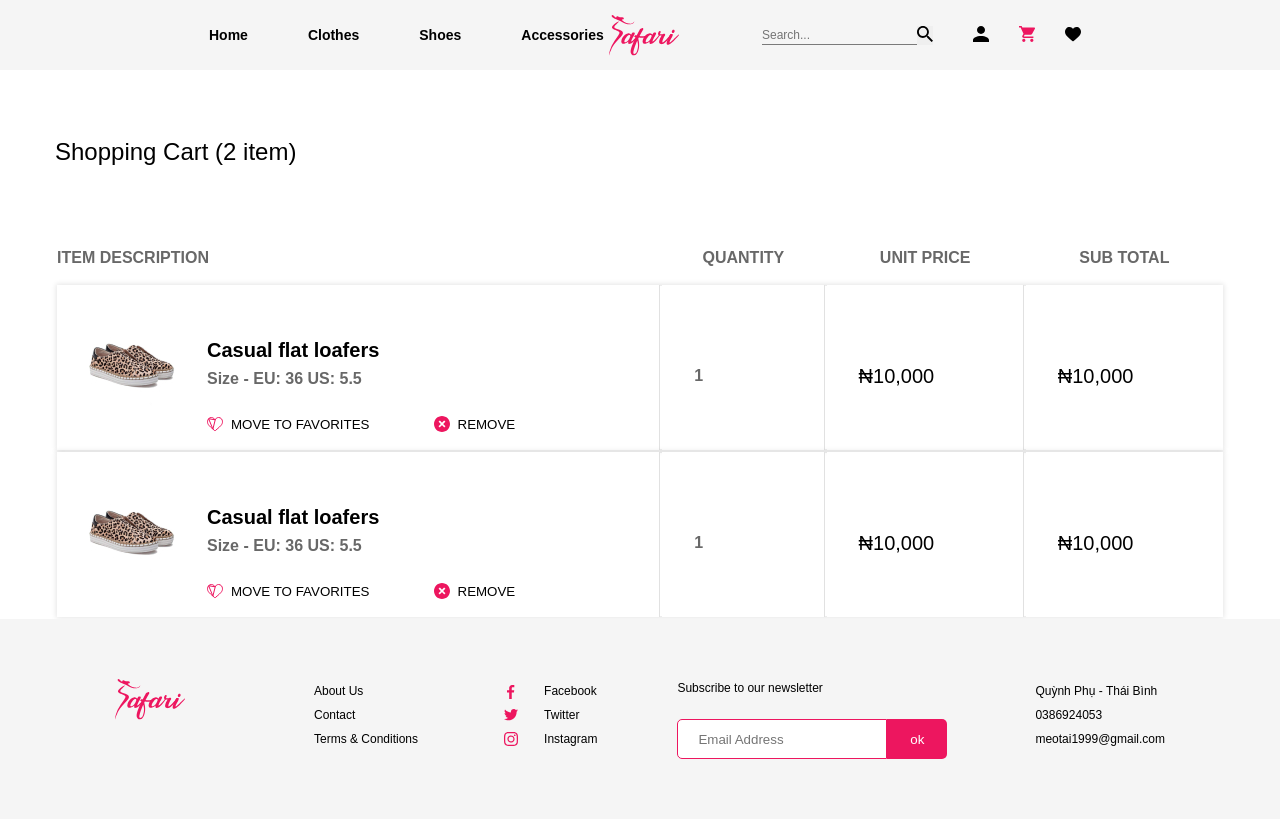
Repository: tboy1999/safari
Page: views/cart.html
These files come from the project's save history. The page is drawn as it stood at one moment and after the next save; the edit follows.
The browser window is 1280 px wide. The pictures show the whole page.
Some web libraries are served in a nearby version. The style sheet was rebuilt from its Sass, Less or Tailwind sources for each picture, by a compiler version that may differ from the author's.

Above is the page before, as saved 2022-04-28 14:07:21.

### views/cart.html
<!DOCTYPE html>
<html lang="en">
<head>
  <meta charset="UTF-8">
  <meta http-equiv="X-UA-Compatible" content="IE=edge">
  <meta name="viewport" content="width=device-width, initial-scale=1.0">
  <title>cart safari</title>
  <link rel="shortcut icon" href="./image/logo/Logo.svg" type="image/x-icon">
  <link rel="preconnect" href="https://fonts.googleapis.com">
  <link rel="preconnect" href="https://fonts.gstatic.com" crossorigin>
  <link rel="stylesheet" href="https://cdnjs.cloudflare.com/ajax/libs/font-awesome/6.1.1/css/all.min.css" integrity="sha512-KfkfwYDsLkIlwQp6LFnl8zNdLGxu9YAA1QvwINks4PhcElQSvqcyVLLD9aMhXd13uQjoXtEKNosOWaZqXgel0g==" crossorigin="anonymous" referrerpolicy="no-referrer" />
  <link rel="stylesheet" href="../css/grid.css">
  <link rel="stylesheet" href="../css/cart.css">
</head>
<body>
  <header id="header" class="header">
    <div class="container">
      <div class="header__container facenter">
        <ul class="header__list facenter fz14-fw600">
          <li class="header__item"><a href="../index.html" class="header__link">Home</a></li>
          <li class="header__item"><a href="./clothes.html" class="header__link">Clothes</a></li>
          <li class="header__item"><a href="./shoes.html" class="header__link">Shoes</a></li>
          <li class="header__item"><a href="./accessories.html" class="header__link">Accessories</a></li>
        </ul>
        <form class="header__search facenter">
          <input type="text" placeholder="Search..." class="fz12">
          <button type="submit"><img src="../image/header/search.svg" alt=""></button>
        </form>
        <div class="header__feature facenter">
          <a href="./user.html">
            <svg width="16" height="16" viewBox="0 0 16 16" fill="inherit" xmlns="http://www.w3.org/2000/svg">
            <path d="M8 0C9.06087 0 10.0783 0.421427 10.8284 1.17157C11.5786 1.92172 12 2.93913 12 4C12 5.06087 11.5786 6.07828 10.8284 6.82843C10.0783 7.57857 9.06087 8 8 8C6.93913 8 5.92172 7.57857 5.17157 6.82843C4.42143 6.07828 4 5.06087 4 4C4 2.93913 4.42143 1.92172 5.17157 1.17157C5.92172 0.421427 6.93913 0 8 0ZM8 10C12.42 10 16 11.79 16 14V16H0V14C0 11.79 3.58 10 8 10Z"/>
            </svg>
          </a>
          <a href="#" class="header__feature--active">
            <svg width="16" height="16" viewBox="0 0 16 16" fill="inherit" xmlns="http://www.w3.org/2000/svg">
              <path d="M12.8 12.8C11.912 12.8 11.2 13.512 11.2 14.4C11.2 14.8243 11.3686 15.2313 11.6686 15.5314C11.9687 15.8314 12.3757 16 12.8 16C13.2243 16 13.6313 15.8314 13.9314 15.5314C14.2314 15.2313 14.4 14.8243 14.4 14.4C14.4 13.9757 14.2314 13.5687 13.9314 13.2686C13.6313 12.9686 13.2243 12.8 12.8 12.8ZM0 0V1.6H1.6L4.48 7.672L3.392 9.632C3.272 9.856 3.2 10.12 3.2 10.4C3.2 10.8243 3.36857 11.2313 3.66863 11.5314C3.96869 11.8314 4.37565 12 4.8 12H14.4V10.4H5.136C5.08296 10.4 5.03209 10.3789 4.99458 10.3414C4.95707 10.3039 4.936 10.253 4.936 10.2C4.936 10.16 4.944 10.128 4.96 10.104L5.68 8.8H11.64C12.24 8.8 12.768 8.464 13.04 7.976L15.904 2.8C15.96 2.672 16 2.536 16 2.4C16 2.18783 15.9157 1.98434 15.7657 1.83431C15.6157 1.68429 15.4122 1.6 15.2 1.6H3.368L2.616 0H0ZM4.8 12.8C3.912 12.8 3.2 13.512 3.2 14.4C3.2 14.8243 3.36857 15.2313 3.66863 15.5314C3.96869 15.8314 4.37565 16 4.8 16C5.22435 16 5.63131 15.8314 5.93137 15.5314C6.23143 15.2313 6.4 14.8243 6.4 14.4C6.4 13.9757 6.23143 13.5687 5.93137 13.2686C5.63131 12.9686 5.22435 12.8 4.8 12.8Z"/>
            </svg>
          </a>
          <a href="#">
            <svg width="16" height="15" viewBox="0 0 16 15" fill="inherit"
            xmlns="http://www.w3.org/2000/svg">
              <path d="M14.7307 1.39307C13.9025 0.494751 12.766 0 11.5304 0C10.6068 0 9.76099 0.291992 9.01636 0.867798C8.64062 1.15845 8.30017 1.51404 8 1.92908C7.69995 1.51416 7.35938 1.15845 6.98352 0.867798C6.23901 0.291992 5.39319 0 4.4696 0C3.23401 0 2.09741 0.494751 1.26917 1.39307C0.450806 2.28088 0 3.49377 0 4.80847C0 6.16162 0.504272 7.40027 1.58691 8.70667C2.55542 9.87524 3.94739 11.0615 5.55933 12.4352C6.10974 12.9043 6.73364 13.436 7.38147 14.0024C7.55261 14.1523 7.77222 14.2349 8 14.2349C8.22766 14.2349 8.44739 14.1523 8.61829 14.0027C9.26611 13.4362 9.89038 12.9042 10.441 12.4348C12.0527 11.0614 13.4447 9.87524 14.4132 8.70654C15.4958 7.40027 16 6.16162 16 4.80835C16 3.49377 15.5492 2.28088 14.7307 1.39307Z"/>
            </svg>
          </a>
        </div>
        <div class="header__logo">
          <a href="../index.html"><img src="../image/logo/Logo.svg" alt=""></a>
        </div>
      </div>
    </div>
  </header>

  <main id="cart" class="cart">
    <div class="container">
      <h1 class="cart__heading fz24">Shopping Cart (2 item)</h1>
      <table>
        <thead class="fz16">
          <tr>
            <th>ITEM DESCRIPTION</th>
            <th>QUANTITY</th>
            <th>UNIT PRICE</th>
            <th>SUB TOTAL</th>
          </tr>
        </thead>
        <tbody>
          <tr>
            <td>
              <div class="cart__product facenter gap32">
                <img src="../image/cart/cart1.jpg" alt="" class="cart__img">
                <div class="cart__info">
                  <h3 class="fz20-fw600">Casual flat loafers</h3>
                  <p class="fz16">Size - EU: 36 US: 5.5</p>
                </div>
              </div>
              <div class="cart__btn facenter gap64">
                <button class="facenter gap8"><img src="../image/cart/heart-cart.svg" alt="">MOVE TO FAVORITES</button>
                <button class="facenter gap8"><img src="../image/cart/remove-cart.svg" alt="">REMOVE</button>
              </div>
            </td>
            <td class="fz16">1</td>
            <td class="fz20">₦10,000</td>
            <td class="fz20">₦10,000</td>
          </tr>
          <tr>
            <td>
              <div class="cart__product facenter gap32">
                <img src="../image/cart/cart1.jpg" alt="" class="cart__img">
                <div class="cart__info">
                  <h3 class="fz20-fw600">Casual flat loafers</h3>
                  <p class="fz16">Size - EU: 36 US: 5.5</p>
                </div>
              </div>
              <div class="cart__btn facenter gap64">
                <button class="facenter gap8"><img src="../image/cart/heart-cart.svg" alt="">MOVE TO FAVORITES</button>
                <button class="facenter gap8"><img src="../image/cart/remove-cart.svg" alt="">REMOVE</button>
              </div>
            </td>
            <td class="fz16">1</td>
            <td class="fz20">₦10,000</td>
            <td class="fz20">₦10,000</td>
          </tr>
        </tbody>
      </table>
    </div>
  </main>
  <footer class="footer">
    <div class="container">
      <div class="footer__container d-flex fz12">
        <div class="footer__logo">
          <a href="../index.html"><img src="../image/logo/Logo.svg" alt=""></a>
        </div>
        <div class="footer__body d-flex gap80">
          <ul class="footer__pages">
            <li class="footer__item fz12"><a href="#">About Us</a></li>
            <li class="footer__item fz12"><a href="#">Contact</a></li>
            <li class="footer__item fz12"><a href="#">Terms & Conditions</a></li>
          </ul>
          <ul class="footer__networks">
            <li class="footer__item facenter gap20">
              <div class="footer__icon flex-center">
                <a href="#" class="facenter"><img src="../image/footer/fb.svg" alt=""></a>
              </div>
              <p><a href="#">Facebook</a></p>
            </li>
            <li class="footer__item facenter gap20">
              <div class="footer__icon flex-center">
                <a href="#" class="facenter"><img src="../image/footer/twitter.svg" alt=""></a>
              </div>
              <p><a href="#">Twitter</a></p>
            </li>
            <li class="footer__item facenter gap20">
              <div class="footer__icon flex-center">
                <a href="#" class="facenter"><img src="../image/footer/instagram.svg" alt=""></a>
              </div>
              <p><a href="#">Instagram</a></p>
            </li>
          </ul>
          <div class="footer__input">
            <p>Subscribe to our newsletter</p>
            <form action="" class="facenter footer__form">
              <input type="text" placeholder="Email Address">
              <button type="submit">ok</button>
            </form>
          </div>
        </div>
        <div class="footer__info">
          <p>Quỳnh Phụ - Thái Bình</p>
          <p>0386924053</p>
          <p>meotai1999@gmail.com</p>
        </div>
      </div>
    </div>
  </footer>
</body>
</html>

### scss/cart.scss
@import 'reset';
@import 'variable';
@import 'global';
@import 'alike';
@import 'header';
@import 'footer';

.cart {
  margin-top: 134px;
  &__heading {
    margin-bottom: 78px;
  }
  table {
    width: 100%;
    thead {
      th {
        padding-bottom: 16px;
      }
      th:first-child {
        width: 52%;
        text-align: left;
      }
      th:nth-child(2) {
        width: 14%
      }
      th:nth-child(3),
      th:nth-child(4) {
        width: 17%
      }
    }
    tbody {
      tr {
        background: #FFFFFF;
        box-shadow: 0px 0px 5px 1px rgba(0, 0, 0, 0.1);
      }
      td {
    border-spacing:32px;

        padding: 35px 0 18px 32px
      }
      td:not(:last-child) {
        border-right: 1.5px solid #E1E1E1;
      }
    }
  }
  &__img {
    width: 86px;
    height: 86px;
    object-fit: cover;
  }
  &__info {
    h3 {
      margin-bottom: 8px;
    }
  }
  &__product {
    margin-bottom: 10px;
  }
  &__btn {
    padding-left: calc(150px - 32px);
    button {
      background-color: transparent
    }
  }
}

### scss/_reset.scss
* {
  padding: 0;
  margin: 0;
  box-sizing: border-box;
}

html:focus-within {
  scroll-behavior: smooth;
}

a,
button {
  display: block;
  outline: none;
  border: none;
  text-decoration: none;
  color: inherit;
  cursor: pointer;
}

input {
  outline: none;
}

ul {
  list-style-type: none;
}

// img {
//   width: 100%;
//   height: 100%;
//   object-fit: cover;
// }

### scss/_variable.scss
$text-color: #686868;
$primary-color: #ED165F;

$header-background-color: #F5F5F5;
$footer-background-color: #F5F5F5;

### scss/_global.scss
html {
  font-size: 10px;
  line-height: 1;
  scroll-behavior: smooth !important;
}

body {
  font-family: 'Mulish', sans-serif;
}

body .auto-top {
  display: none;
  position: fixed;
  right: 50px;
  top: 50%;
  width: 60px;
  height: 50px;
  border: 1px solid #000000;
  border-radius: 5px;
  animation: autoTop 2s ease-in-out;
  animation-iteration-count: infinite;
}
@keyframes autoTop {
  from {
    transform: translateY(0)
  }
  to {
    transform: translateY(-20px)
  }
}

.facenter {
  display: flex;
  align-items: center;
}

.facb {
  display:flex;
  justify-content: space-between;
  align-items: center;
}

.flex-center {
  display: flex;
  justify-content: center;
  align-items: center;
}

.d-flex {
  display: flex;
  flex-wrap: wrap;
}

.flex-column {
  display: flex;
  flex-direction: column;
}

.gap64 {
  gap: 64px
}

.gap80 {
  gap: 0 80px
}

.gap32 {
  gap: 32px
}

.gap20 {
  gap: 0 20px
}

.gap16 {
  gap: 16px
}
.gap8 {
  gap: 8px
}

### scss/_alike.scss
.fz40 {
  font-weight: 700;
  font-size: 4rem;
  line-height: calc(24/40);
}

.fz30 {
  font-weight: 600;
  font-size: 30px;
}


.fz24 {
  font-weight: 400;
  font-size: 2.4rem;
  line-height: calc(35/24);
}

.fz20 {
  font-weight: 400;
  font-size: 2rem;
  line-height: calc(23/20);
  &-fw800 {
    font-weight: 800;
    font-size: 2rem;
    line-height: calc(23/20);
  }
  &-fw600 {
    font-weight: 600;
    font-size: 2rem;
    line-height: calc(23/20);
  }
}

.fz18 {
  font-weight: 800;
  font-size: 1.8rem;
  line-height: calc(24/18);
}

.fz16 {
  font-weight: 600;
  font-size: 1.6rem;
  line-height: calc(18/16);
  color: $text-color;
}

.fz14 {
  font-weight: 400;
  font-size: 1.4rem;
  line-height: calc(18/14);
  &-fw600 {
    font-weight: 600;
    font-size: 1.4rem;
    line-height: calc(18/14);
  }
}

.fz12 {
  font-weight: 400;
  font-size: 1.2rem;
  line-height: calc(18/12);
}

.fz10 {
  font-weight: 700;
  font-size: 1rem;
  line-height: calc(18/10);
}

### scss/_header.scss
.header {
  position: fixed;
  top: 0;
  left: 0;
  right: 0;
  z-index: 99999;
  background-color: $header-background-color;
  &__container {
    height: 70px;
    padding: 0 144px;
  }
  &__list {
    gap: 0 40px;
    flex: 1
  }
  &__search {
    input {
      border:none;
      border-bottom: 1px solid rgba(0, 0, 0, 0.5);
      color: rgba(0, 0, 0, 0.5);
      background-color: inherit;
    }
  }
  &__link {
    padding: 6px 10px;
    transition: all 0.2s linear;
    position: relative;
    &::after {
      content: "";
      position: absolute;
      width: 0;
      left: auto;
      right: 0;
      bottom: 0;
      height: 1px;
      transition: all 0.2s linear;
      background-color: red;
    }
    &:hover {
      color: $primary-color;
      &::after {
        width: 100%;
        right: auto;
        left: 0
      }
    }
    &.header__item--active {
      color: $primary-color;
      font-weight: 800;
      &::after {
        width: 100%;
      }
    }
  }
  &__feature {
    gap: 0 30px;
    margin-left: 40px;
    .header__feature--active {
      fill: $primary-color;
    }
  }
  &__logo {
    position: absolute;
    left: 47.57%;
    right: 47.57%;
    top: 21.43%;
    bottom: 20.93%;
  }
}

### scss/_footer.scss
.footer {
  background-color: $footer-background-color;
  &__container {
    padding: 60px;
  }
  &__pages {
    margin-left: 129px;
    a {
      padding: 3px 0;
    }
  }
  &__networks {
    a {
      padding: 3px 0
    }
  }
  &__icon {
    width: 26px
  }
  &__body {
    flex: 1
  }
  &__form {
    margin-top: 22px;
    width: 270px;
    height: 40px;
    border-radius: 5px;
    input {
      border: 1px solid $primary-color;
      padding: 0 0 0 20px;
      height: inherit;
      flex: 1;
      border-top-left-radius: 5px;
      border-bottom-left-radius: 5px;
    }
    button {
      width: 60px;
      height: inherit;
      background-color: $primary-color;
      color: #fff;
      border-top-right-radius: 5px;
      border-bottom-right-radius: 5px;
    }
  }
  &__info {
    p {
      padding: 3px 0
    }
  }
}

Loaded but not shown: css/grid.css (721 lines, source omitted)

After the next save:
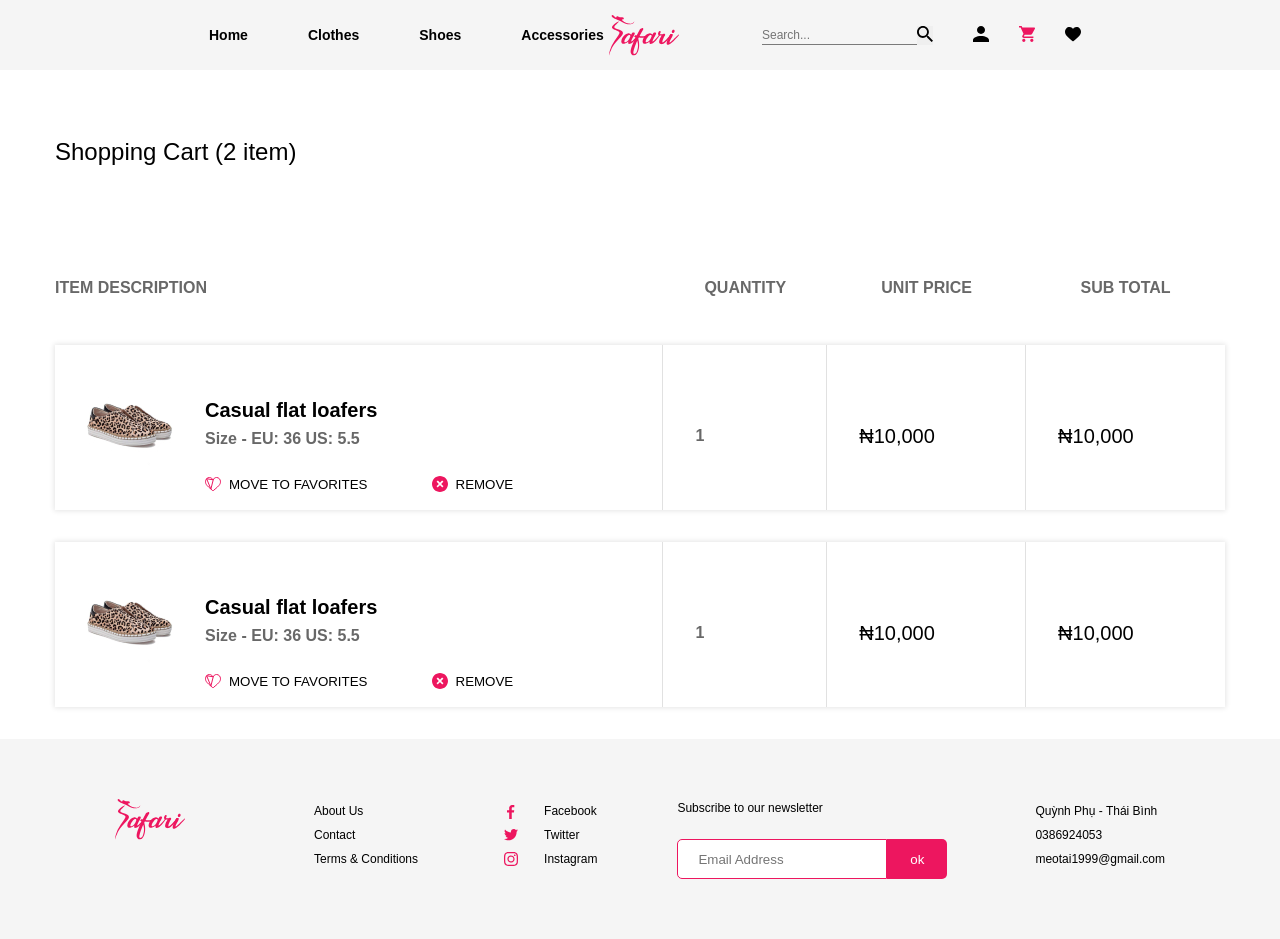
Saved 19 s later.
--- a/scss/cart.scss
+++ b/scss/cart.scss
@@ -11,6 +11,7 @@
     margin-bottom: 78px;
   }
   table {
+    border-spacing:0 32px;
     width: 100%;
     thead {
       th {
@@ -34,8 +35,6 @@
         box-shadow: 0px 0px 5px 1px rgba(0, 0, 0, 0.1);
       }
       td {
-    border-spacing:32px;
-
         padding: 35px 0 18px 32px
       }
       td:not(:last-child) {
